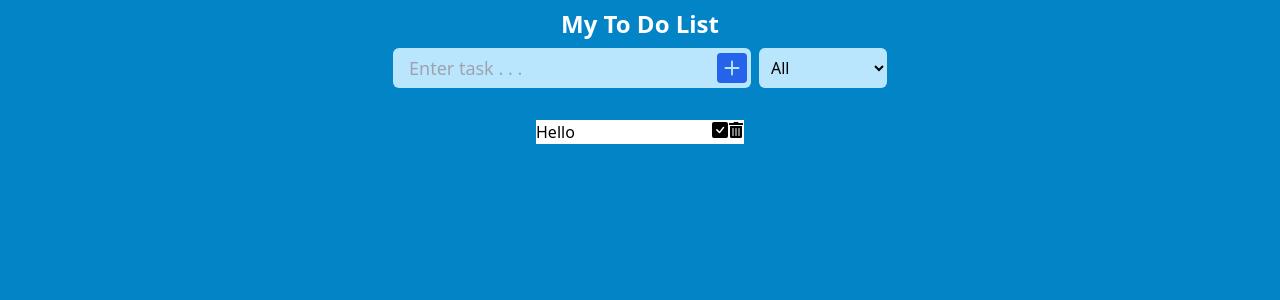
Repository: SaadYasin/react-to-do-list
Page: /
These files come from the project's save history. The page is drawn as it stood at one moment and after a run of saves; the edit follows.
The browser window is 1280 px wide. The pictures show the whole page.
The project was rebuilt for these pictures with package versions that can differ from the ones it lists, and the page was loaded fresh each time. Also part of the build but not shown: src/App.css.

Above is the page before, as saved 2022-11-10 22:52:48.

### public/index.html
<!DOCTYPE html>
<html lang="en">
  <head>
    <meta charset="utf-8" />
    <link rel="icon" href="%PUBLIC_URL%/favicon.ico" />
    <meta name="viewport" content="width=device-width, initial-scale=1" />
    <meta name="theme-color" content="#000000" />
    <meta
      name="description"
      content="Web site created using create-react-app"
    />
    <link rel="apple-touch-icon" href="%PUBLIC_URL%/logo192.png" />

    <link rel="manifest" href="%PUBLIC_URL%/manifest.json" />

    <title>React | To Do List</title>
  </head>
  <body>
    <noscript>You need to enable JavaScript to run this app.</noscript>
    <div id="root"></div>

  </body>
</html>

### src/App.js
import React from 'react';
import Header from './components/Header';
import Input from './components/Input';
import TodoList from './components/TodoList';
import './App.css';

function App() {
  const [inputText, setInputText] = React.useState(null);
  const [todos, setTodos] = React.useState([]);

  return (
    <div className="flex flex-col items-center bg-sky-600 h-screen">
      <Header />
      <Input todos={todos} setTodos={setTodos} setInputText={setInputText} inputText={inputText} />
      <h1>{ inputText }</h1>
      <TodoList />

    </div>
  );
}

export default App;

### src/components/Header.js
import React from 'react'
import Input from './Input'

const Header = () => {
  return (
    <div>
      <h1 className="text-2xl font-bold text-white my-2">My To Do List</h1>
    </div>
  );
}

export default Header

### src/components/Input.js
import React from "react";
import { BsFillPlusSquareFill } from "react-icons/bs";

const Input = ({ setInputText, inputText, todos, setTodos }) => {
  const handleInput = (e) => {
    // e.preventDefault();

    console.log(e.target.value);
    setInputText(e.target.value);
  };

  const handleSubmit = (e) => {
    e.preventDefault();

    setTodos([
      ...todos,
      { text: inputText, completed: false, id: Math.random() * 1000 },
    ]);

    setInputText("");
  };
  return (
    <div className="flex">
      <form className="flex h-10 bg-sky-200 rounded-md" onSubmit={handleSubmit}>
        <input
          value={inputText}
          type="text"
          placeholder="Enter task . . ."
          className="text-lg bg-transparent text-gray-800 px-4 w-44 md:w-80 outline-none"
          onChange={handleInput}
        />
        <button className="text-3xl text-blue-600 px-1" type="submit">
          <BsFillPlusSquareFill />
        </button>
      </form>

      <div className="select ml-2 bg-sky-200 rounded-md">
        <select
          name="todos"
          id="filter-todos"
          className="bg-transparent w-32 p-2"
        >
          <option value="all">All</option>
          <option value="completed">Completed</option>
          <option value="uncompleted">UnCompleted</option>
        </select>
      </div>
    </div>
  );
};

export default Input;

### src/components/TodoList.js
import React from 'react'

// Import components
import Todo from './Todo'
export const TodoList = () => {

  return (
    <div>
      <ul>
        <Todo />
      </ul>
    </div>
  )
}

export default TodoList;

### src/components/Todo.js
import React from 'react';
import { BsCheckSquareFill } from "react-icons/bs";
import { FaTrashAlt } from "react-icons/fa";
const Todo = () => {
  return (
    <div className="flex justify-between mt-8 w-52 bg-white">
      <li>Hello</li>

      <div className="">
      <button>
        <BsCheckSquareFill />
      </button>
      <button><FaTrashAlt /></button>
      </div>
    </div>
  );
}

export default Todo;

Loaded but not shown: src/index.js (common file); src/index.css (common file); tailwind.config.js (common file)

After the next 4 saves:
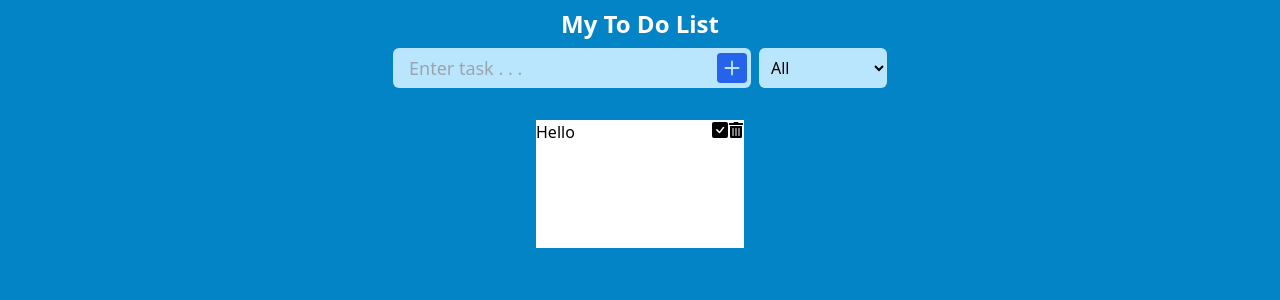
The 4 saves are shown as one change because they came seconds apart.
The last was saved 25 s later.
--- a/src/components/Todo.js
+++ b/src/components/Todo.js
@@ -3,7 +3,7 @@ import { BsCheckSquareFill } from "react-icons/bs";
 import { FaTrashAlt } from "react-icons/fa";
 const Todo = () => {
   return (
-    <div className="flex justify-between mt-8 w-52 bg-white">
+    <div className="flex justify-between mt-8 w-52 h-32 bg-white">
       <li>Hello</li>
 
       <div className="">
